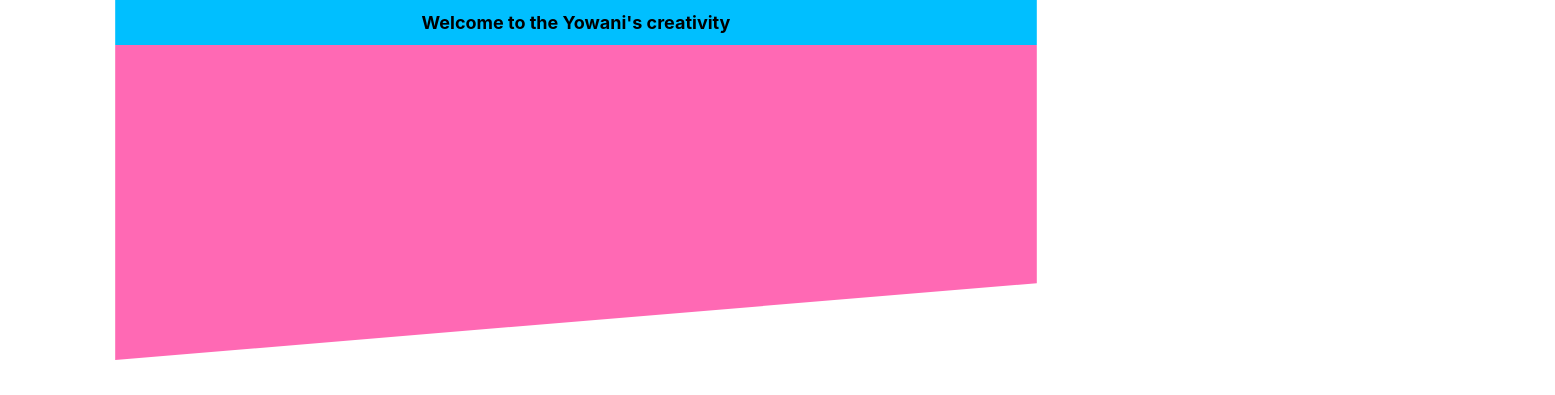
Repository: Yowani24/CarbonApp
Page: /
An editor plug-in stored every save of this project. The page is shown before and after the next save, followed by the edit.
The browser window is 1280 px wide. The page is 1728 px wide, so the pictures cover 1728 px, including what lies to the right of the window. The pictures show the whole page, at 90% of full size.
The project was rebuilt for these pictures with package versions that can differ from the ones it lists, and the page was loaded fresh each time. The framework's server and built-in components were replaced by stand-ins that run in the browser. Also part of the build but not shown: next.config.js, pages/cart/Cart.module.css, pages/cart/index.js.

Above is the page before, as saved 2021-09-26 12:43:28.

### pages/_app.js
import '../styles/globals.css'
import Cart from './cart';

function MyApp({ Component, pageProps }) {
  return (
    <>
      <Component {...pageProps} />
    </>
  );
}

export default MyApp

### pages/index.js
import Head from 'next/head'
import Image from 'next/image'
import styles from '../styles/Home.module.css'

export default function Home() {
  return (
    <div className={styles.container}>
      <header className={styles.header}>
        <div className={styles.interface}>
          <div className={styles.header_box}>
            <h1>Welcome to the Yowani's creativity</h1>
          </div>
        </div>
      </header>

      <section className={styles.cards_sec}>
        <div className={styles.interface}>
          <div className={styles.card_box}>
            <div className="card">

            </div>
          </div>
        </div>
      </section>
    </div>
  )
}

### styles/globals.css
html,
body {
  padding: 0;
  margin: 0;
  font-family: -apple-system, BlinkMacSystemFont, Segoe UI, Roboto, Oxygen,
    Ubuntu, Cantarell, Fira Sans, Droid Sans, Helvetica Neue, sans-serif;
}

a {
  color: inherit;
  text-decoration: none;
}

* {
  margin: 0;
  box-sizing: border-box;
}

### styles/Home.module.css
.container {
  position: relative;
}
.interface{
  width: 80%;
  margin: 0 auto;
}
.header_box{
  display: flex;
  align-items: center;
  justify-content: center;
  height: 50px;
  background: deepskyblue;
}
.header_box h1{
  font-size: 20px;
}
.cards_sec{

}

.card_box {
  height: 350px;
  margin: 0 auto;
  /* padding-top: 15px; */
  position: relative;
  background: hotpink;
}
.card_box:after {
  content: ' ';
  position: absolute;
  left: 0;
  bottom: 0;
  width: 0;
  height: 0;
  border-bottom: 100px solid white;
  border-left: 1200px solid transparent;
  border-right: 400px solid transparent;
}

.card{
  width: 200px;
  height: 200px;
  background: green;
  z-index: 1000;
}

Loaded but not shown: pages/api/hello.js (common file)

After the next save:
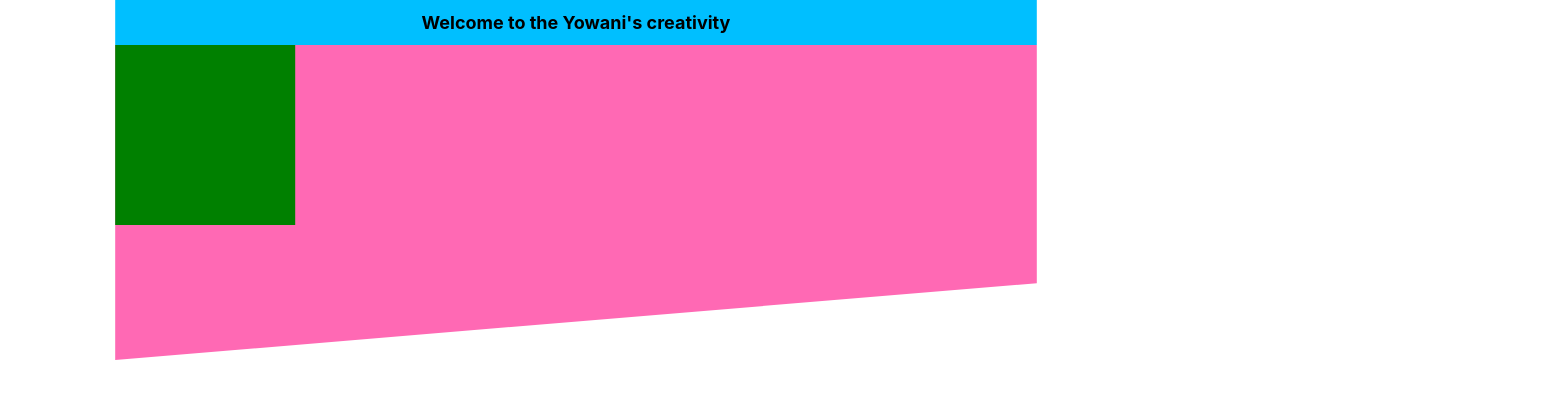
Saved 26 s later.
--- a/pages/index.js
+++ b/pages/index.js
@@ -16,7 +16,7 @@ export default function Home() {
       <section className={styles.cards_sec}>
         <div className={styles.interface}>
           <div className={styles.card_box}>
-            <div className="card">
+            <div className={styles.card}>
 
             </div>
           </div>
